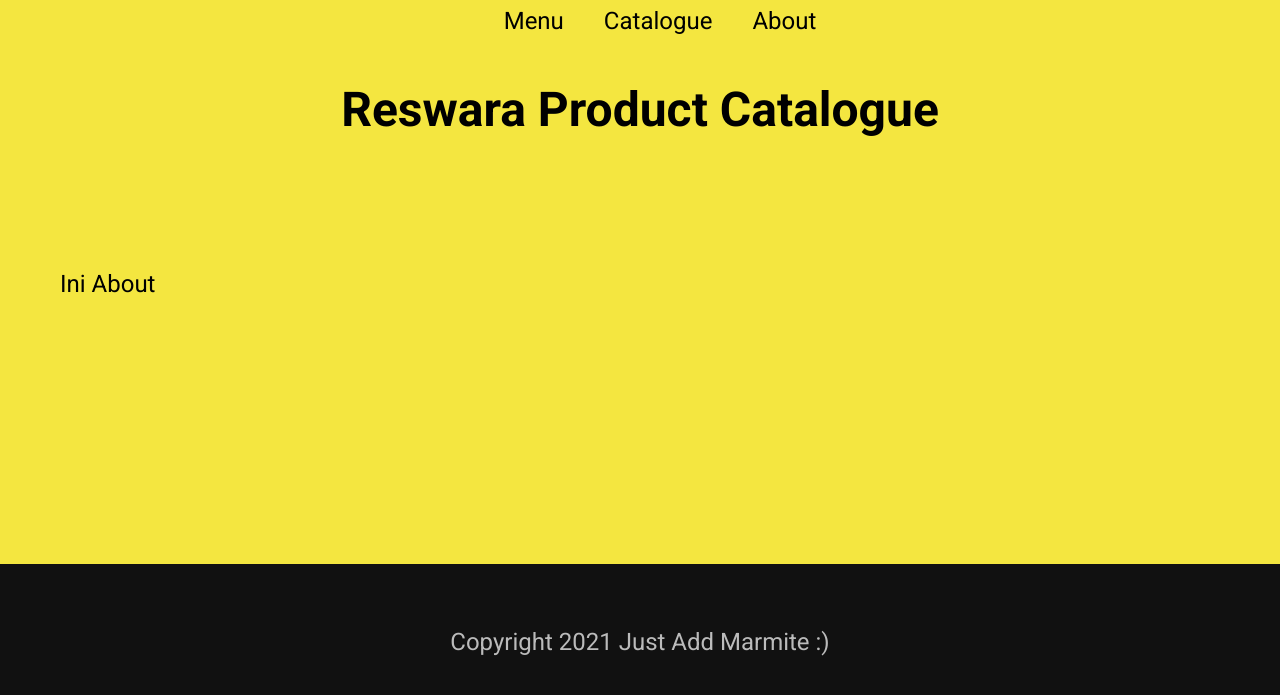
Repository: Fauzaanmhmd/Skripsi
Page: /about/about
The author's editor kept a copy of each file at every save. The page is drawn from the files as they stood at one save, then again after the next save.
The browser window is 1280 px wide. The pictures show the whole page.
The project was rebuilt for these pictures with package versions that can differ from the ones it lists, and the page was loaded fresh each time. The framework's server and built-in components were replaced by stand-ins that run in the browser. Also part of the build but not shown: next.config.js.

Above is the page before, as saved 2021-05-24 20:56:26.

After the next save:
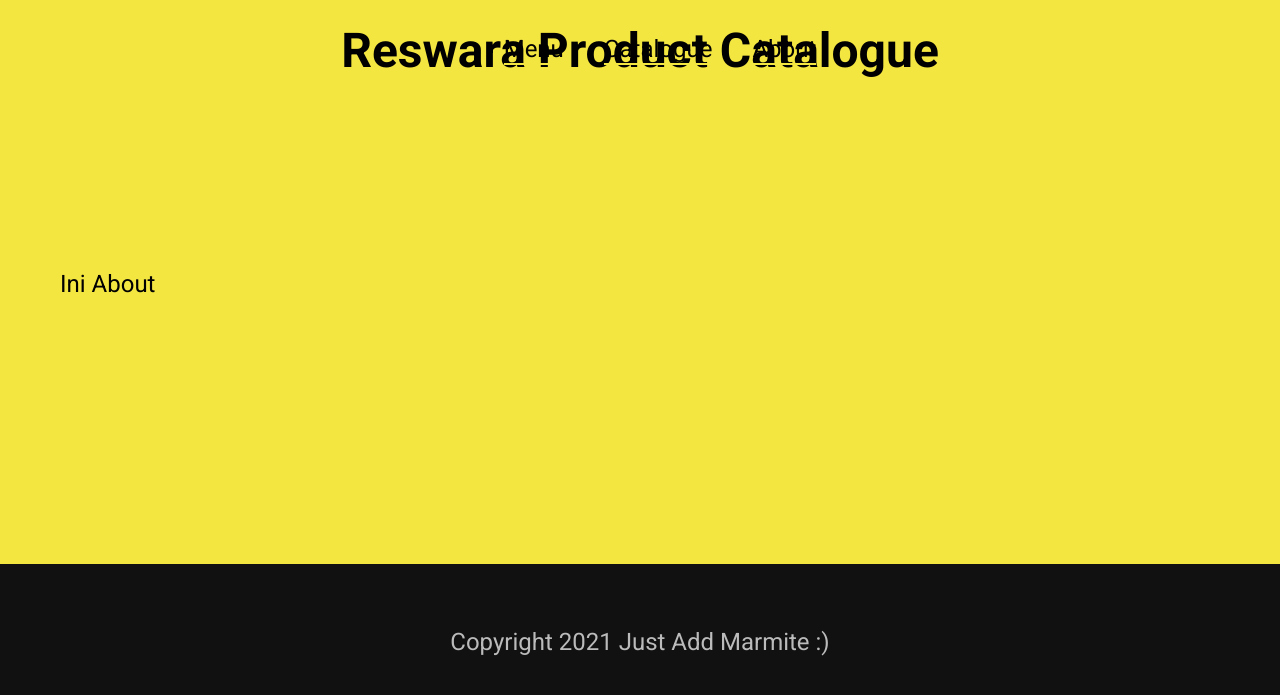
Saved 21 s later.
--- a/styles/globals.css
+++ b/styles/globals.css
@@ -65,7 +65,7 @@ footer {
   width: 100%;
   margin-bottom: 150px;
 }
-.navbar-menu{
+.navbar_menu{
   display: flex;
   justify-content: center;
   align-items: center;
